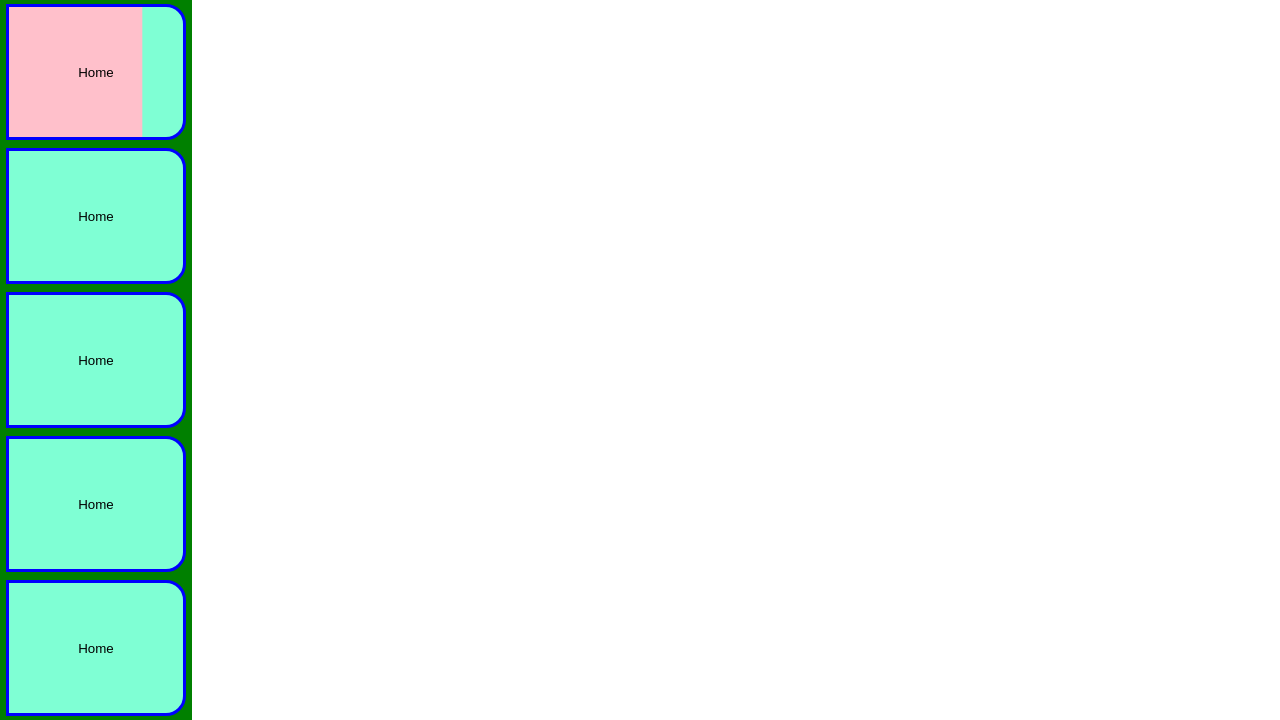
Repository: Tahaa2t/Researchers
Page: /
The author's editor kept a copy of each file at every save. The page is drawn from the files as they stood at one save, then again after the next save.
The browser window is 1280 px wide. The pictures show the whole page.
The pointer rests on the first visible `.btn`.
The project was rebuilt for these pictures with package versions that can differ from the ones it lists, and the page was loaded fresh each time. Also part of the build but not shown: src/Components/loginform.js, src/Components/HomePage.js.

Above is the page before, as saved 2023-07-05 21:29:30.

### src/App.js
import { BrowserRouter, Routes, Route } from "react-router-dom";
import "./App.css"
import LoginForm from "./Components/loginform"
import HomePage from "./Components/HomePage";
import Navbar from "./Components/Navbar";

// color pallet
// #3aa6b9
// #D0E8E1
// #348472


function App() {



  return (
    <div className="App">

      {/* <LoginForm /> */}
      <Navbar />
      {/* <BrowserRouter>
        <Routes>
          <Route path="/" Component={<LoginForm />} />
          <Route path="/home" Component={<HomePage />} />
        </Routes>
      </BrowserRouter> */}
    </div>
  );
}

export default App;

### src/Components/Navbar.js
import React, { useState } from "react";
import { useNavigate } from 'react-router-dom';
import axios from 'axios';
import "./css/navbarstyle.css";

const Navbar = () => {
  return (
    <div className="navbar-boundry">
      <nav className="nav-setting">
        <button className="btn home-btn" href="/#">
          Home
        </button>
        <button className="btn home-btn" href="/#">
          Home
        </button>
        <button className="btn home-btn" href="/#">
          Home
        </button>
        <button className="btn home-btn" href="/#">
          Home
        </button>
        <button className="btn home-btn" href="/#">
          Home
        </button>


      </nav>





    </div>
  )
}

export default Navbar

### src/Components/css/loginstyle.css
@import url('https://fonts.googleapis.com/css?family=Josefin+Sans');


/* notes

---centering something---
display: flex;
  justify-content: center;
  align-items: center;



--- neechay ya uper se qareeb krna ho tou---
.check-btn {
  position: relative;
  bottom: 3em;
}
*/


* {
  margin: 0;
  box-sizing: border-box;
}

.page {
  background-color: #3aa6b9;
  height: 100vh;
  width: 100%;
  display: flex;
  justify-content: space-around;
  align-items: center;
  font-family: 'Josefin Sans', cursive;
}

.cover {
  background-image: linear-gradient(#D0E8E1, rgba(178, 209, 233, 0));
  width: 50%;
  min-width: 240px;
  max-width: 800px;
  height: 620px;
  position: fixed;
  border-radius: 0.5em;
  display: flex;
  flex: 1 1 200;
  flex-direction: column;
  align-items: center;
  justify-content: space-evenly;
  flex-wrap: wrap;
}

h1 {
  color: rgb(3, 45, 77);
  display: flex;
  flex-wrap: wrap;
}

.user-input {

  display: flex;
  /* flex-direction: column; */
  justify-content: space-evenly;
  width: 80%;
  height: 10%;
  flex-wrap: wrap;
  /* background-color: green; */
}
input[type=text]{
  background-color: rgba(0,0,0,0);
  border-color: #348472;
  border-radius: 8px 8px 8px 8px;
  border-width: 10%;
  border-style: solid;
  display: flex;
  justify-content: space-evenly;
  margin: 8px;
  /* outline-color: rgb(6, 106, 183); */
  height: 44px;
  width: 240px;
  /* bottom: -1.5em; */
}


input[type=password]{
  background-color: rgba(0,0,0,0);
  border-color: #348472;
  border-radius: 8px 8px 8px 8px;
  border-width: 10%;
  border-style: solid;
  display: flex;
  justify-content: space-evenly;
  margin: 8px;
  /* outline-color: rgb(6, 106, 183); */
  height: 44px;
  width: 240px;
  /* position: relative;
  top: -1.5em; */
}

input:focus {
  background-color: #348472;
  opacity: 50%;
}

.line{
  text-decoration: underline;
  color: black;
}

.login-btn {
  appearance: none;
  background-color: rgba(0,0,0,0);
  border-width: 0;
  box-sizing: border-box;
  color: black;
  cursor: pointer;
  display: inline-block;
  font-family: Clarkson,Helvetica,sans-serif;
  font-size: 14px;
  font-weight: 500;
  letter-spacing: 0;
  line-height: 1em;
  margin: 0;
  opacity: 1;
  outline: 0;
  padding: 1.5em 2.2em;
  position: relative;
  text-align: center;
  text-decoration: none;
  text-rendering: geometricprecision;
  text-transform: uppercase;
  transition: opacity 300ms cubic-bezier(.694, 0, 0.335, 1),background-color 100ms cubic-bezier(.694, 0, 0.335, 1),color 100ms cubic-bezier(.694, 0, 0.335, 1);
  user-select: none;
  -webkit-user-select: none;
  touch-action: manipulation;
  vertical-align: baseline;
  white-space: nowrap;
  display: flex;
  justify-content: center;
  align-items: center;
}

.login-btn:before {
  animation: opacityFallbackOut .5s step-end forwards;
  backface-visibility: hidden;
  background-color: #348472;
  opacity: 50%;
  clip-path: polygon(-1% 0, 0 0, -25% 100%, -1% 100%);
  content: "";
  height: 100%;
  left: 0;
  position: absolute;
  top: 0;
  transform: translateZ(0);
  transition: clip-path .5s cubic-bezier(.165, 0.84, 0.44, 1), -webkit-clip-path .5s cubic-bezier(.165, 0.84, 0.44, 1);
  width: 100%;
}

.login-btn:hover:before {
  animation: opacityFallbackIn 0s step-start forwards;
  clip-path: polygon(0 0, 101% 0, 101% 101%, 0 101%);
}

.login-btn:after {
  background-color: #FFFFFF;
}

.login-btn span {
  z-index: 1;
  position: relative;
}


.check-btn input {
  display:inline-block;
  margin-right:10px;
}
.check-btn p {
  display:inline-block;
}



/* use state */
.hide {
  display: none;
}

.login-popup {
  position: absolute;
  width: 40em;
  height: 35em;
  display: flex;
  flex-direction: column;
  align-items: center;
  justify-content: center;
  border-radius: 0.25em;
  outline-color: rgb(3, 58, 101);
  background-color: rgba(0,0,0,0);
  backdrop-filter: blur(5px);
  /* color: rgb(3, 58, 101); */
  bottom: 0;
  transform: scale(1);
  transform: 1.5s;
}

### src/Components/css/navbarstyle.css
* {
  margin: 0;
  box-sizing: border-box;
}

nav {
  width: 15%;
  height: 100%;
  background-color: green;
  display: flex;
  justify-content: center;
  align-items: center;
  flex-direction: column;
  position: fixed;
}
.btn {
  background-color: aquamarine;
  width: 94%;
  text-align: center;
  border-radius: 0px 20px 20px 0px;
  border: 3px solid blue;
  margin: 4px;
  display: flex;
  flex: 1;
  justify-content: center;
  align-items: center;
  transition: 0.5s;
}

.btn:hover {
  box-shadow: inset 10em 0 0 0 pink;
  /* background-color: pink; */
  transition: 0.5s;
}

Loaded but not shown: public/index.html (common file); src/index.js (common file); src/reportWebVitals.js (common file); src/App.css (common file); public/manifest.json (common file)

After the next save:
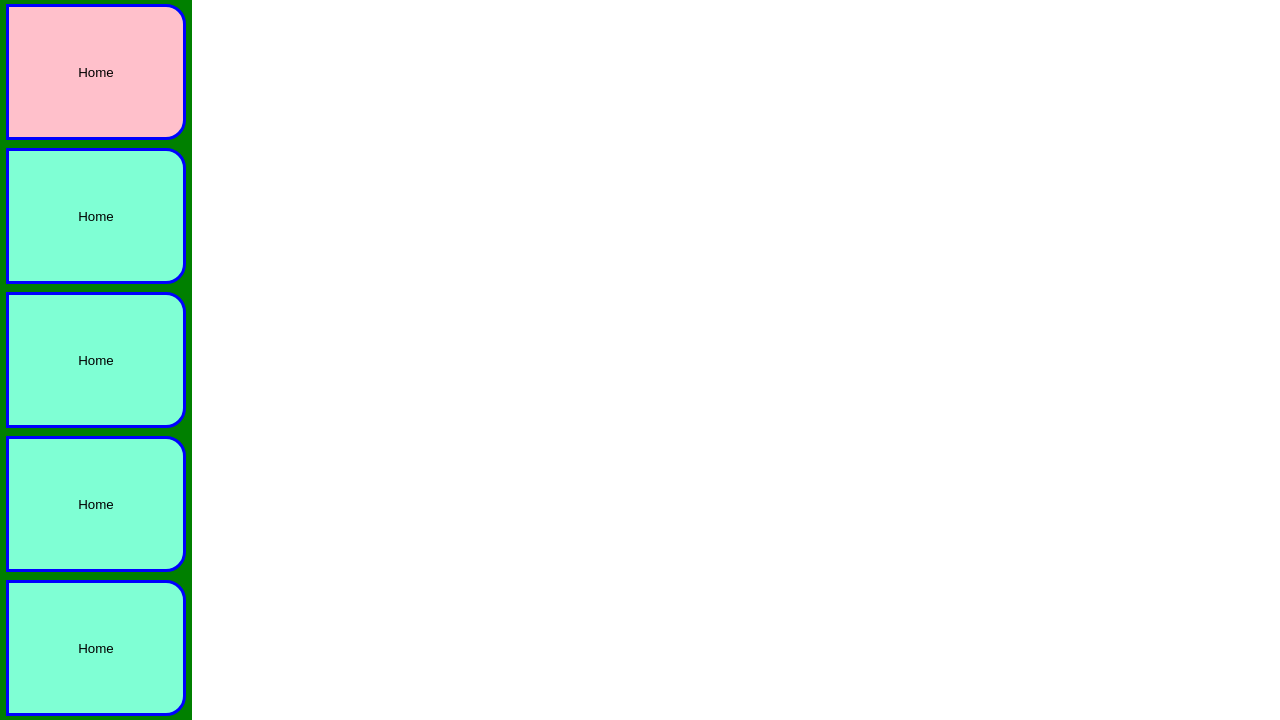
Saved 13 s later.
--- a/src/Components/css/navbarstyle.css
+++ b/src/Components/css/navbarstyle.css
@@ -28,7 +28,7 @@ nav {
 }
 
 .btn:hover {
-  box-shadow: inset 10em 0 0 0 pink;
+  box-shadow: inset 20em 0 0 0 pink;
   /* background-color: pink; */
   transition: 0.5s;
 }
